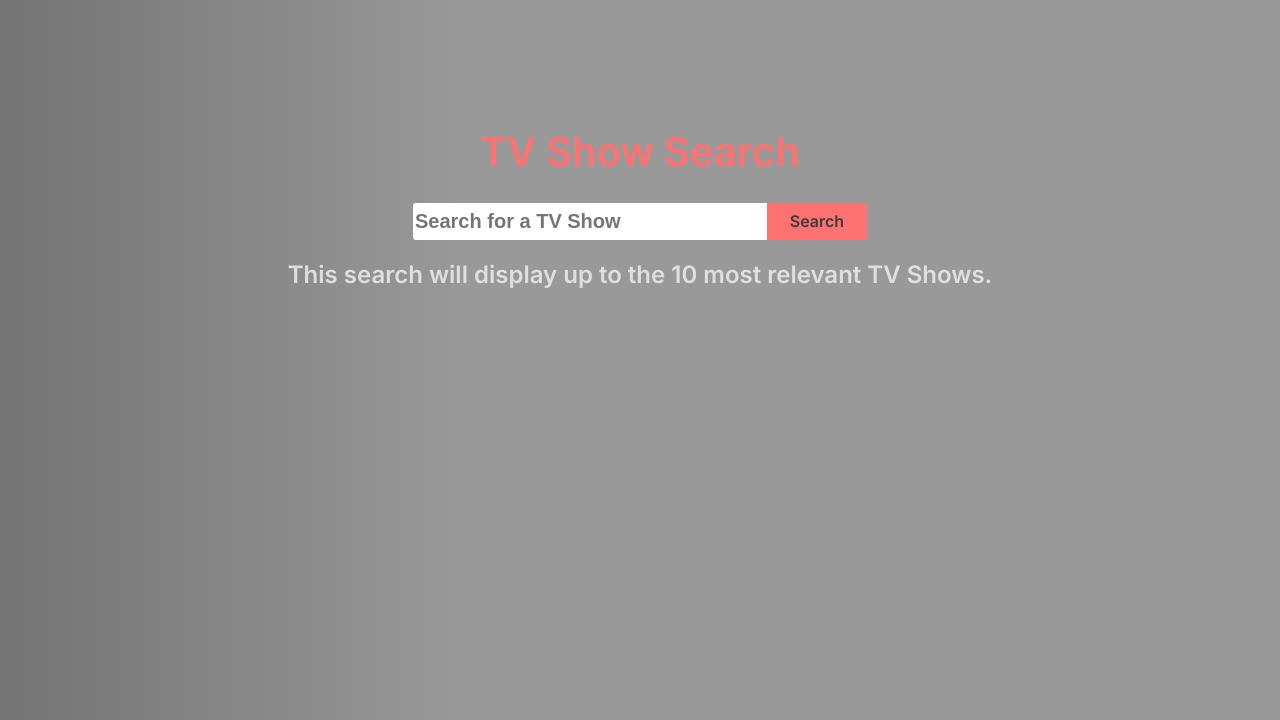
Repository: shayanabedi98/tv-search-react
Page: /
These files come from the project's save history. The page is drawn as it stood at one moment and after the next save; the edit follows.
The browser window is 1280 px wide. The pictures show the whole page.
The project was rebuilt for these pictures with package versions that can differ from the ones it lists, and the page was loaded fresh each time. Also part of the build but not shown: vite.config.js.

Above is the page before, as saved 2024-01-09 15:34:05.

After the next save:
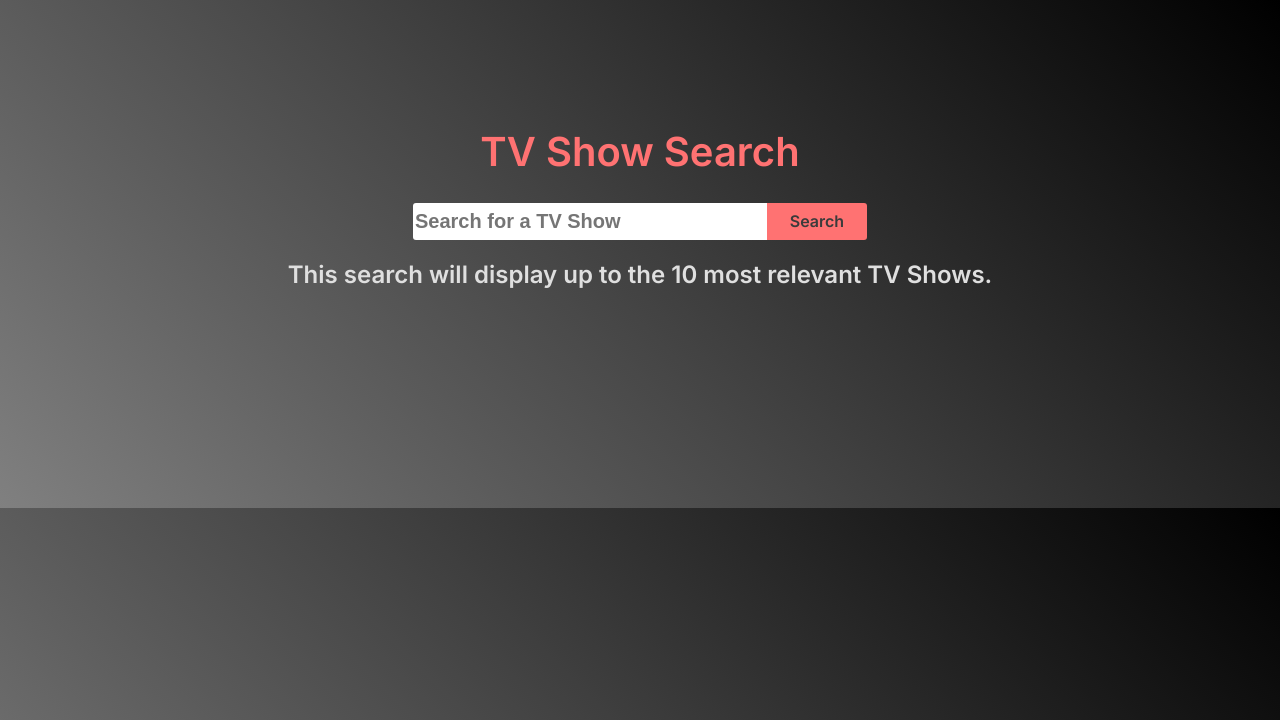
Saved 101 s later.
--- a/src/index.css
+++ b/src/index.css
@@ -11,9 +11,7 @@ body {
   padding: 0;
   color: rgb(223, 223, 223);
   width: 100%;
-  background: linear-gradient(to left, rgb(153, 153, 153), rgb(85, 85, 85), rgb(153, 153, 153), rgb(153, 153, 153));
-  background-size: 200% 200%;
-  animation: move-bg 15s linear infinite;
+  background: linear-gradient(45deg, grey, black);
 }
 
 .search {
